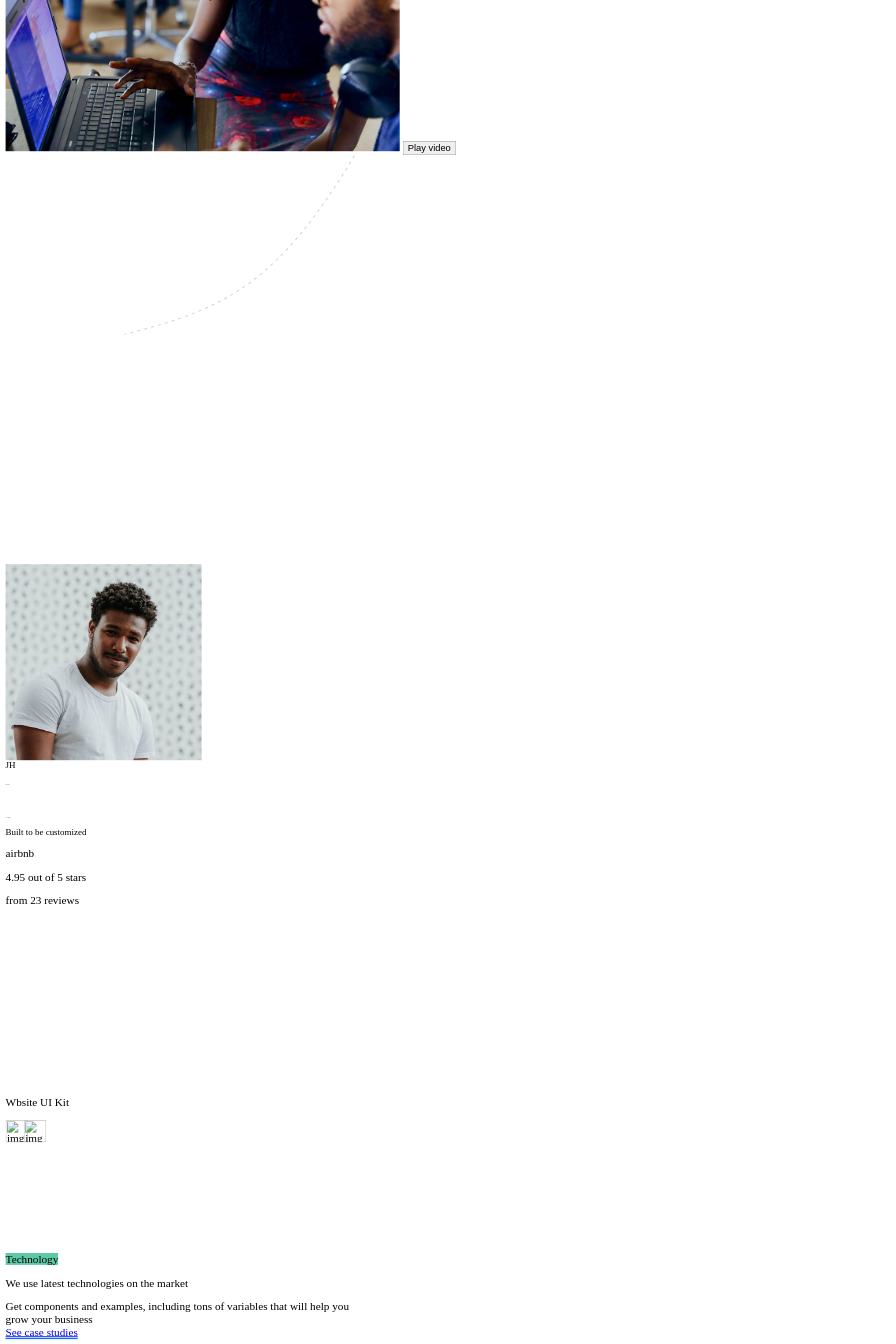
Repository: brandonc16/odoo-task
Page: components/hero.html
These files come from the project's save history. The page is drawn as it stood at one moment and after the next save; the edit follows.
The browser window is 1280 px wide. The pictures show the part of the page from y = 2080 to 4000 px (the page is 4000 px tall before and 3920 px after), at 70% of full size.

Above is the page before, as saved 2026-03-16 03:28:27.

After the next save:
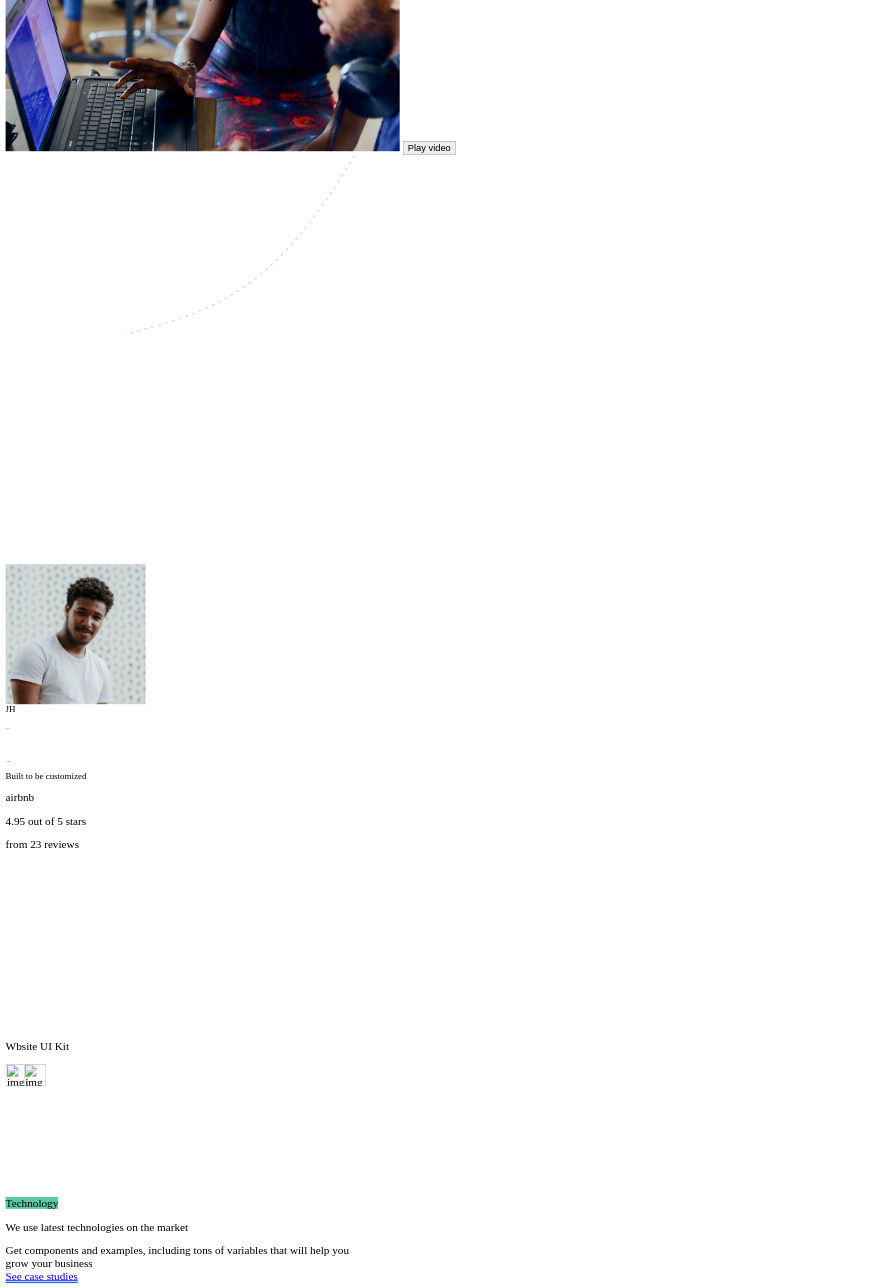
Saved 8 s later.
--- a/components/hero.html
+++ b/components/hero.html
@@ -347,7 +347,7 @@
         <div class="row g-4 align-items-center">
           <div class="col-12 col-sm-6">
             <div class="card border-0 shadow-sm rounded-2 overflow-hidden">
-              <img src="/assets/person_03.jpg" alt="JH" style="height: 280px; object-fit: cover" />
+              <img src="/assets/person_03.jpg" alt="JH" style="height: 200px; object-fit: cover" />
 
               <div
                 class="card-body d-flex align-items-center justify-content-between p-4"
